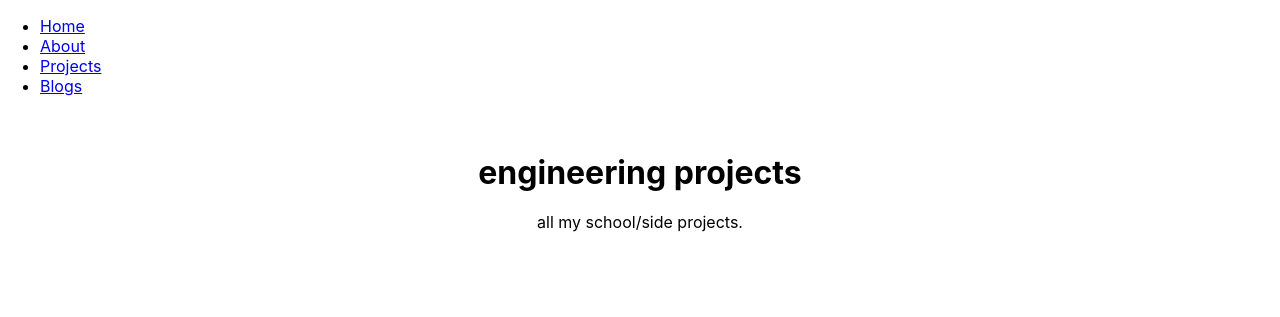
Repository: nicholaschen09/personalWebsite
Page: /projects/engineering
The author's editor kept a copy of each file at every save. The page is drawn from the files as they stood at one save, then again after the next save.
The browser window is 1280 px wide. The pictures show the whole page.
The project was rebuilt for these pictures with package versions that can differ from the ones it lists, and the page was loaded fresh each time. Also part of the build but not shown: src/components/About.css, src/components/About.js, src/components/Home.js, src/components/Projects.css, src/components/Projects.js, src/components/Blog.css, src/components/Blog.js, src/components/Miscellaneous.css and 3 more.

Above is the page before, as saved 2024-07-17 22:28:42.

### src/App.js
import React from 'react';
import { BrowserRouter as Router, Route, Routes, Link } from 'react-router-dom';
import About from './components/About.js';
import Home from './components/Home.js';
import Projects from './components/Projects.js';
import Blog from './components/Blog.js';
import Miscellaneous from './components/Miscellaneous.js';
import Design from './components/Design.js';
import Engineering from './components/Engineering.js';

function App() {
  return (
    <Router>
      <div>
        <nav>
          <ul>
            <li>
              <Link to="/">Home</Link>
            </li>
            <li>
              <Link to="/about">About</Link>
            </li>
            <li>
              <Link to="/projects">Projects</Link>
            </li>
            <li>
              <Link to="/blogs">Blogs</Link>
            </li>
          </ul>
        </nav>

        <Routes>
          <Route path="/about" element={<About />} />
          <Route path="/" element={<Home />} />
          <Route path="/projects" element={<Projects />} />
          <Route path="/blogs" element={<Blog />} />
          <Route path="/projects/miscellaneous" element={<Miscellaneous />} />
          <Route path="/projects/design" element={<Design />} />
          <Route path="/projects/engineering" element={<Engineering />} />
        </Routes>
      </div>
    </Router>
  );
}

export default App;

### src/components/Engineering.js
import React from 'react';
import './Engineering.css';

const Engineering = () => {
    return (
        <div className="engineering">
            <h1>engineering projects </h1>
            <p>all my school/side projects.</p>
        </div>
    );
};

export default Engineering;

### src/components/Home.css
/* src/components/Home/Home.css */
.home {
    text-align: center;
    padding: 100px;
    width: 700px;
    margin-left: auto;
    margin-right: auto;
}
.DinnerImage {
    width: 70%;
    height: 70%;
    margin-left: auto;
    margin-right: auto;
    display: block;
}
p {
    line-height: 1;
}

### src/components/Engineering.css
.engineering {
    text-align: center;
    padding: 20px;
}

Loaded but not shown: public/index.html (common file); src/index.js (common file); src/index.css (common file); src/reportWebVitals.js (common file)

After the next save:
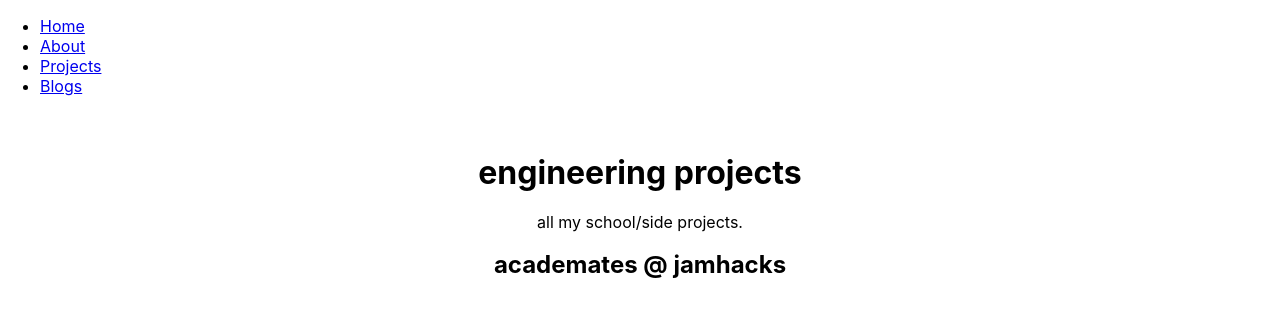
Saved 4 min 53 s later.
--- a/src/components/Engineering.js
+++ b/src/components/Engineering.js
@@ -6,7 +6,11 @@ const Engineering = () => {
         <div className="engineering">
             <h1>engineering projects </h1>
             <p>all my school/side projects.</p>
+        <div className="academates"></div>
+            <h2>academates @ jamhacks</h2>
         </div>
+
+
     );
 };
 
